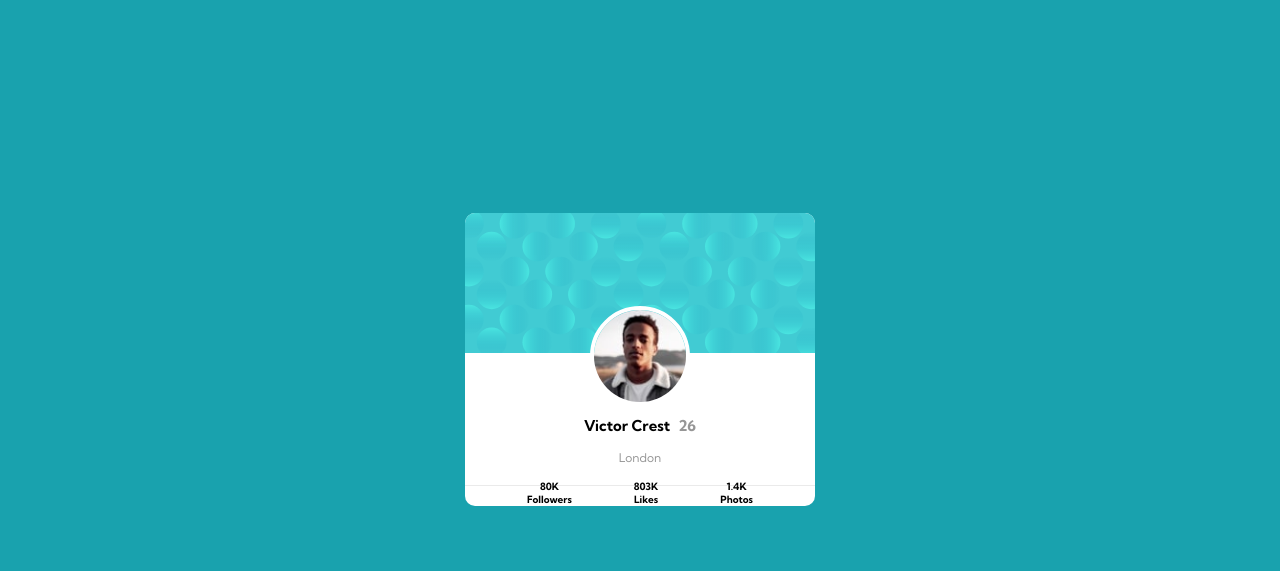
Repository: thaibaocoder1/profile-card-component-main
Page: index.html
The author's editor kept a copy of each file at every save. The page is drawn from the files as they stood at one save, then again after the next save.
The browser window is 1280 px wide. The pictures show the whole page.

Above is the page before, as saved 2023-01-11 14:08:43.

### index.html
<!DOCTYPE html>
<html lang="en">
<head>
  <meta charset="UTF-8">
  <meta name="viewport" content="width=device-width, initial-scale=1.0">
  <link rel="icon" type="image/png" sizes="32x32" href="./images/favicon-32x32.png">
  <link rel="preconnect" href="https://fonts.googleapis.com">
  <link rel="preconnect" href="https://fonts.gstatic.com" crossorigin>
  <link href="https://fonts.googleapis.com/css2?family=Kumbh+Sans:wght@400;700&display=swap" rel="stylesheet">
  <title>Frontend Mentor | Profile card component</title>
  <link rel="stylesheet" href="./style.css">
  <!-- Feel free to remove these styles or customise in your own stylesheet 👍 -->
  <style>
    .attribution { font-size: 11px; text-align: center; }
    .attribution a { color: hsl(228, 45%, 44%); }
  </style>
</head>
<body>
  <main class="card">
    <section class="card__wrapper">
      <img src="./images/bg-pattern-card.svg" alt="">
      <section class="card__content">
        <img src="./images/image-victor.jpg" alt="">
        <h2 class="card__bottom--heading">Victor Crest <span>26</span></h2>
        <p class="card__bottom--address">London</p>
        <section class="footer">
            <div class="card__bottom--item">
              <p>80K</p>
              <span>Followers</span>
            </div>
            <div class="card__bottom--item">
              <p>803K</p>
              <span>Likes</span>
            </div>
            <div class="card__bottom--item">
              <p>1.4K</p>
              <span>Photos</span>
            </div>
        </section>
      </section>
    </section>
  </main>
  <!-- <div class="attribution">
    Challenge by <a href="https://www.frontendmentor.io?ref=challenge" target="_blank">Frontend Mentor</a>.
    Coded by <a href="#">Your Name Here</a>.
  </div> -->
</body>
</html>

### style.css
@import url('https://fonts.googleapis.com/css2?family=Kumbh+Sans:wght@400;700&display=swap');
* {
    margin: 0;
    padding: 0;
    box-sizing: border-box;
    border: none;
    outline: none;
}
html {
    font-size: 62.5%;
}
body {
    text-rendering: optimizeLegibility;
    scroll-behavior: smooth;
    font-family: 'Kumbh Sans', sans-serif;
    display: flex;
    align-items: center;
    justify-content: center;
    background-color: var(--dark-cyan);
    height: calc(100vh - 1px)
}
:root {
    --dark-cyan: hsl(185, 75%, 39%);
    --very-dark-blue: hsl(229, 23%, 23%);
    --dark-blue: hsl(227, 10%, 46%);
    --dark-grey: hsl(0, 0%, 59%);
}
.card {
    margin: 0 auto;
    text-align: center;
}
.card__wrapper {
    max-width: 420px;
    background-color: #fff;
    border-radius: 1rem;
    overflow: hidden;
    margin: 1rem;
}
.card__content {
    position: relative;
    padding-top: 6rem;
}
.card__content img {
    width: 10rem;
    height: 10rem;
    border-radius: 50%;
    border: 4px solid #fff;
    position: absolute;
    top: 0;
    left: 50%;
    transform: translate(-50%, -50%);
}
.card__content {
    font-weight: bold;
}
.card__content .card__bottom--heading span {
    color: var(--dark-grey);
    font-weight: 600;
    margin-left: 0.5rem;
}
.card__content .card__bottom--address {
    color: var(--dark-grey);
    padding-block: 1.5rem;
    font-size: 1.2rem;
    font-weight: 500;
}
.card__content::before {
    content: "";
    width: 100%;
    height: 1px;
    background-color: var(--dark-grey);
    opacity: 0.2;
    position: absolute;
    left: 0;
    bottom: 2rem;
    z-index: 1;
}
.footer {
    display: flex;
    justify-content: space-evenly;
}
.footer .card__bottom--item p {
    /* font-size: 1.8rem; */
}

After the next save:
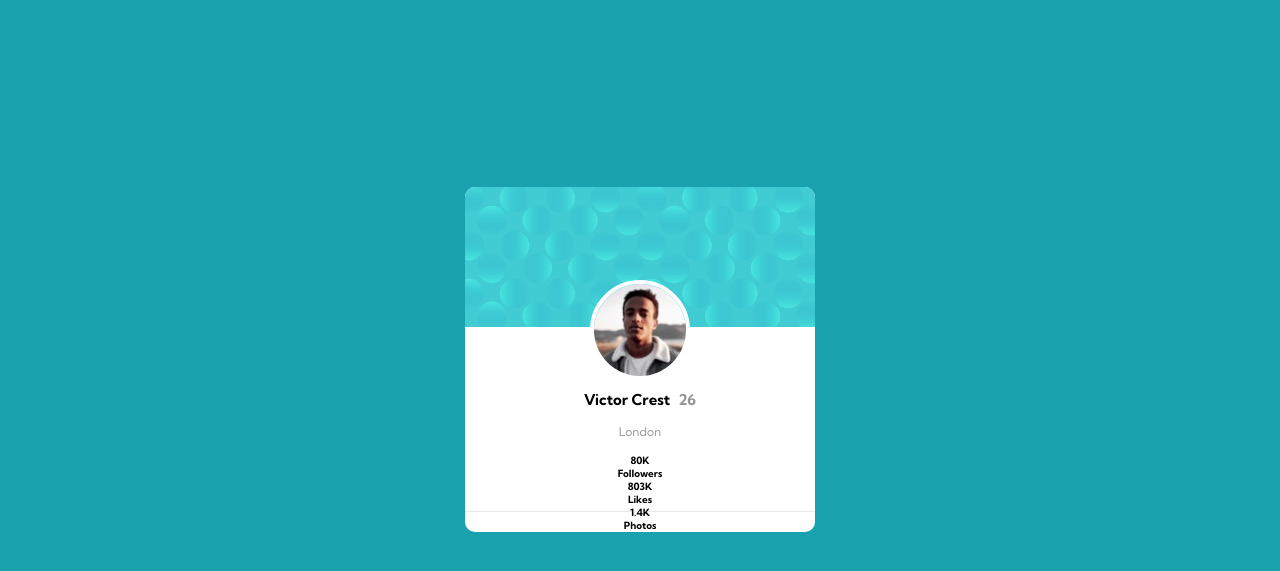
Saved 56 s later.
--- a/style.css
+++ b/style.css
@@ -75,10 +75,10 @@
     bottom: 2rem;
     z-index: 1;
 }
-.footer {
+/* .footer {
     display: flex;
     justify-content: space-evenly;
-}
+} */
 .footer .card__bottom--item p {
     /* font-size: 1.8rem; */
 }

After the save that followed:
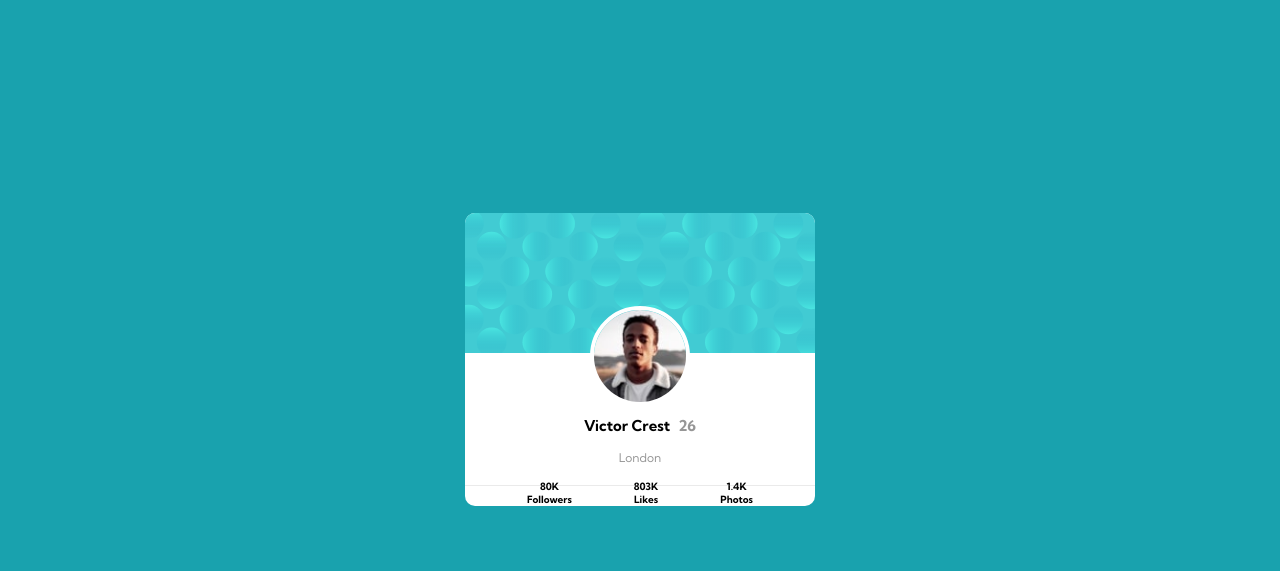
Saved 16 s later.
--- a/style.css
+++ b/style.css
@@ -75,10 +75,10 @@
     bottom: 2rem;
     z-index: 1;
 }
-/* .footer {
+.footer {
     display: flex;
     justify-content: space-evenly;
-} */
+}
 .footer .card__bottom--item p {
     /* font-size: 1.8rem; */
 }
